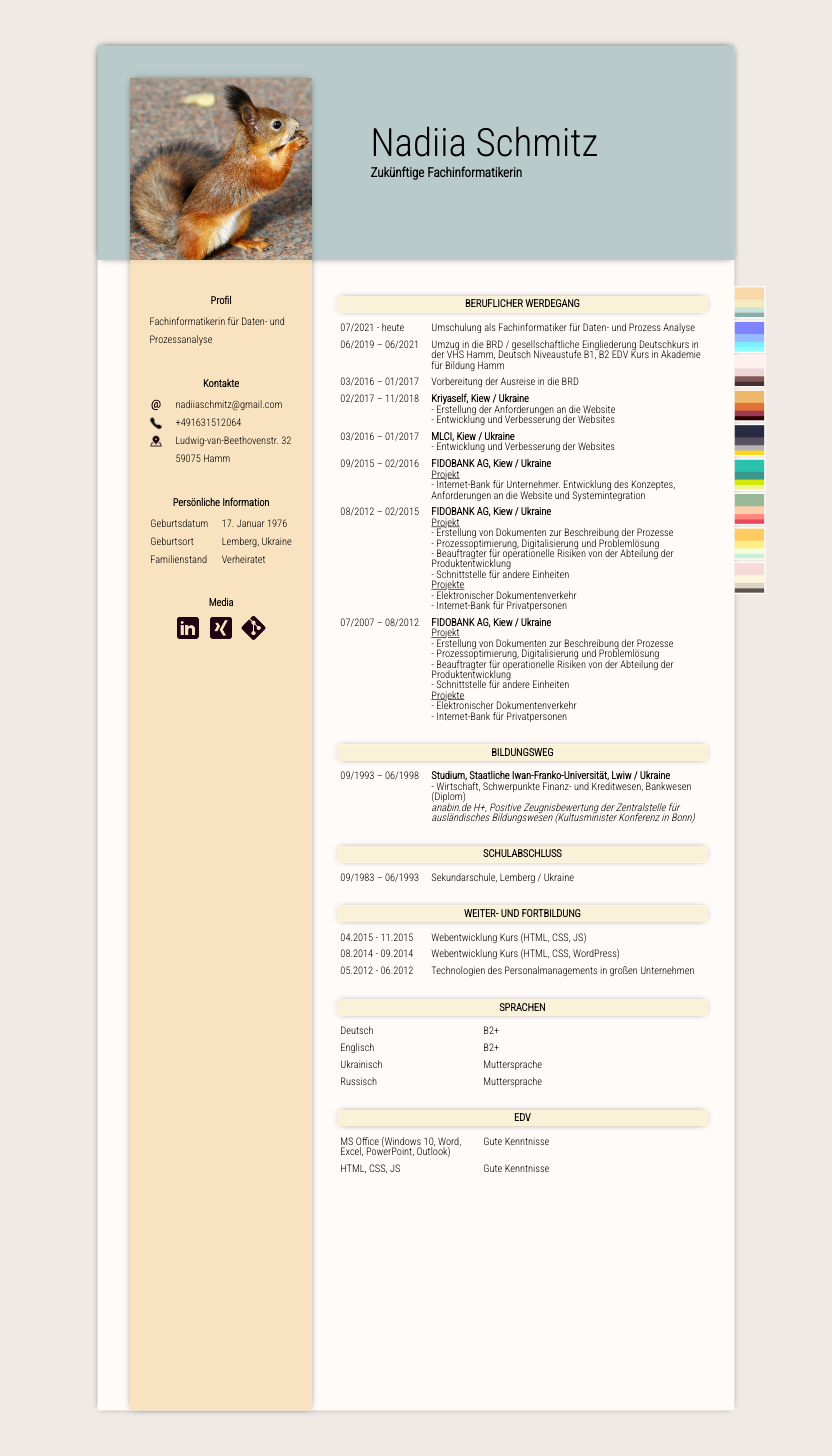
Repository: NadiaSchmitz/lebenslauf.nschmitz.githab.io
Page: index.html
The author's editor kept a record of every edit. The page is drawn from the files as they stood at one moment, then again after the next edit.
The browser window is 1280 px wide. The pictures show the whole page, at 65% of full size.

Above is the page before.

### index.html
<!DOCTYPE html>
<html>

<head>
  <meta charset="utf-8" />
  <title>Lebenslauf Nadiia Schmitz</title>
  <link rel="stylesheet" href="./styles/reset.css" type="text/css" />
  <link rel="stylesheet" href="./styles/style.css" type="text/css" />
  <link rel="stylesheet" href="./styles/icons.css" type="text/css" />
  <meta name="viewport" content="width=device-width, initial-scale=1.0">
  <link rel="preconnect" href="https://fonts.googleapis.com">
  <link rel="preconnect" href="https://fonts.gstatic.com" crossorigin>
  <link href="https://fonts.googleapis.com/css2?family=Roboto+Condensed:wght@300&display=swap" rel="stylesheet">
  <link rel="shortcut icon" href="images/favicon.png" type="image/x-icon">
  <script src="https://ajax.googleapis.com/ajax/libs/jquery/2.2.0/jquery.min.js"></script>
  <script type="text/javascript" src="./js/colors.js"></script>
</head>

<body>
  <section class="wrapper">
    <section class="inner_wrapper">
      <div class="content_wrapper">
        <header class="header">
          <div class="header_text">
            <h1>Nadiia Schmitz</h1>
            <h2>Zukünftige Fachinformatikerin</h2>
          </div>
        </header>
        <div class="color_schema_buttons_wrapper">
          <div id="pistachios" class="color_schema_button pistachios" title="pistachios"></div>
          <div id="sea" class="color_schema_button sea" title="sea"></div>
          <div id="cappuchino" class="color_schema_button cappuchino" title="cappuchino"></div>
          <div id="autumn" class="color_schema_button autumn" title="autumn"></div>
          <div id="bvb" class="color_schema_button bvb" title="bvb"></div>
          <div id="lime" class="color_schema_button lime" title="lime"></div>
          <div id="summer" class="color_schema_button summer" title="summer"></div>
          <div id="sun" class="color_schema_button sun" title="sun"></div>
          <div id="pastel" class="color_schema_button pastel" title="pastel"></div>
        </div>
        <div class="lebenslauf_wrapper">
          <div class="sidebar sidebar_left">
            <div class="sidebar_foto"></div>
            <div class="sidebar_content">
              <div class="sidebar_content_item profile">
                <h3>Profil</h3>
                <table>
                  <tr>
                    <td col="2">Fachinformatikerin für Daten- und Prozessanalyse</td>
                  </tr>
                </table>
              </div>
              <div class="sidebar_content_item contacts">
                <h3>Kontakte</h3>
                <table>
                  <tr>
                    <td>
                      <span class="sidebar_content_item_icon contacts_email"></span>
                    </td>
                    <td>nadiiaschmitz@gmail.com</td>
                  </tr>
                  <tr>
                    <td>
                      <span class="sidebar_content_item_icon contacts_phone"></span>
                    </td>
                    <td>+491631512064</td>
                  </tr>
                  <tr>
                    <td>
                      <span class="sidebar_content_item_icon contacts_adress"></span>
                    </td>
                    <td>Ludwig-van-Beethovenstr. 32 59075 Hamm</td>
                  </tr>
                </table>
              </div>
              <div class="sidebar_content_item personal">
                <h3>Persönliche Information</h3>
                <table>
                  <tr>
                    <td>Geburtsdatum</td>
                    <td>17. Januar 1976</td>
                  </tr>
                  <tr>
                    <td>Geburtsort</td>
                    <td>Lemberg, Ukraine</td>
                  </tr>
                  <tr>
                    <td>Familienstand</td>
                    <td>Verheiratet</td>
                  </tr>
                </table>
              </div>
              <div class="sidebar_content_item social">
                <h3>Media</h3>
                <table>
                  <tr>
                    <td><a href="https://www.linkedin.com/in/nadiia-schmitz-93491722" class="linkedin" target="_blank"></a></td>
                    <td><a href="https://www.xing.com/profile/Nadiia_Schmitz3" class="xing" target="_blank"></a></td>
                    <td><a href="https://github.com/NadiaSchmitz" class="git" target="_blank"></a></td>
                  </tr>
                </table>
              </div>
            </div>
          </div>
          <div class="sidebar sidebar_right">
            <div class="sidebar_right_content">
              <div class="sidebar_right_content_item">
                <h4>BERUFLICHER WERDEGANG</h4>
                <table>
                  <tr>
                    <td>07/2021 - heute</td>
                    <td>Umschulung als Fachinformatiker für Daten- und Prozess Analyse</td>
                  </tr>
                  <tr>
                    <td>06/2019 – 06/2021</td>
                    <td>Umzug in die BRD / gesellschaftliche Eingliederung Deutschkurs in der VHS Hamm, Deutsch Niveaustufe B1, B2 EDV Kurs in Akademie für Bildung Hamm
                    </td>
                  </tr>
                  <tr>
                    <td>03/2016 – 01/2017</td>
                    <td>Vorbereitung der Ausreise in die BRD</td>
                  </tr>
                  <tr>
                    <td>02/2017 – 11/2018</td>
                    <td>
                      <span class="employer">Kriyaself, Kiew / Ukraine</span>
                      <ul>
                        <li>- Erstellung der Anforderungen an die Website</li>
                        <li>- Entwicklung und Verbesserung der Websites</li>
                      </ul>
                    </td>
                  </tr>
                  <tr>
                    <td>03/2016 – 01/2017</td>
                    <td>
                      <span class="employer">MLCI, Kiew / Ukraine</span>
                      <ul>
                        <li>- Entwicklung und Verbesserung der Websites</li>
                      </ul>
                    </td>
                  </tr>
                  <tr>
                    <td>09/2015 – 02/2016</td>
                    <td>
                      <span class="employer">FIDOBANK AG, Kiew / Ukraine</span>
                      <ul>
                        <span class="project">Projekt</span>
                        <li>- Internet-Bank für Unternehmer. Entwicklung des Konzeptes, Anforderungen an die Website und Systemintegration</li>
                      </ul>
                    </td>
                  </tr>
                  <tr>
                    <td>08/2012 – 02/2015</td>
                    <td>
                      <span class="employer">FIDOBANK AG, Kiew / Ukraine</span>
                      <ul>
                        <span class="project">Projekt</span>
                        <li>-	Erstellung von Dokumenten zur Beschreibung der Prozesse</li>
                        <li>-	Prozessoptimierung, Digitalisierung und Problemlösung</li>
                        <li>-	Beauftragter für operationelle Risiken von der Abteilung der Produktentwicklung </li>
                        <li>-	Schnittstelle für andere Einheiten</li>
                        <span class="project">Projekte</span>
                        <li>-	Elektronischer Dokumentenverkehr</li>
                        <li>-	Internet-Bank für Privatpersonen</li>
                      </ul>
                    </td>
                  </tr>
                  <tr>
                    <td>07/2007 – 08/2012</td>
                    <td>
                      <span class="employer">FIDOBANK AG, Kiew / Ukraine</span>
                      <ul>
                        <span class="project">Projekt</span>
                        <li>-	Erstellung von Dokumenten zur Beschreibung der Prozesse</li>
                        <li>-	Prozessoptimierung, Digitalisierung und Problemlösung</li>
                        <li>-	Beauftragter für operationelle Risiken von der Abteilung der Produktentwicklung </li>
                        <li>-	Schnittstelle für andere Einheiten</li>
                        <span class="project">Projekte</span>
                        <li>-	Elektronischer Dokumentenverkehr</li>
                        <li>-	Internet-Bank für Privatpersonen</li>
                      </ul>
                    </td>
                  </tr>
                </table>
              </div>
              <div class="sidebar_right_content_item">
                <h4>BILDUNGSWEG</h4>
                <table>
                  <tr>
                    <td>09/1993 – 06/1998</td>
                    <td>
                      <span class="employer">Studium, Staatliche Iwan-Franko-Universität, Lwiw / Ukraine</span>
                      <ul>
                        <li>- Wirtschaft, Schwerpunkte Finanz- und Kreditwesen, Bankwesen (Diplom)</li>
                        <li class="addition">anabin.de H+, Positive Zeugnisbewertung der Zentralstelle für ausländisches Bildungswesen (Kultusminister Konferenz in Bonn)</li>
                      </ul>
                    </td>
                  </tr>
                </table>
              </div>
              <div class="sidebar_right_content_item">
                <h4>SCHULABSCHLUSS</h4>
                <table>
                  <tr>
                    <td>09/1983 – 06/1993</td>
                    <td>Sekundarschule, Lemberg / Ukraine</td>
                  </tr>
                </table>
              </div>
              <div class="sidebar_right_content_item">
                <h4>WEITER- UND FORTBILDUNG</h4>
                <table>
                  <tr>
                    <td>04.2015 - 11.2015</td>
                    <td>Webentwicklung Kurs (HTML, CSS, JS)</td>
                  </tr>
                  <tr>
                    <td>08.2014 - 09.2014</td>
                    <td>Webentwicklung Kurs (HTML, CSS, WordPress)</td>
                  </tr>
                  <tr>
                    <td>05.2012 - 06.2012</td>
                    <td>Technologien des Personalmanagements in großen Unternehmen</td>
                  </tr>
                </table>
              </div>
              <div class="sidebar_right_content_item lang">
                <h4>SPRACHEN</h4>
                <table>
                  <tr>
                    <td>Deutsch</td>
                    <td>B2+</td>
                  </tr>
                  <tr>
                    <td>Englisch</td>
                    <td>B2+</td>
                  </tr>
                  <tr>
                    <td>Ukrainisch</td>
                    <td>Muttersprache</td>
                  </tr>
                  <tr>
                    <td>Russisch</td>
                    <td>Muttersprache</td>
                  </tr>
                </table>
              </div>
              <div class="sidebar_right_content_item edv">
                <h4>EDV</h4>
                <table>
                  <tr>
                    <td>MS Office (Windows 10, Word, Excel, PowerPoint, Outlook)</td>
                    <td>Gute Kenntnisse</td>
                  </tr>
                  <tr>
                    <td>HTML, CSS, JS</td>
                    <td>Gute Kenntnisse</td>
                  </tr>
                </table>
              </div>
            </div>
          </div>
        </div>
      </div>
    </section>
  </section>
</body>

</html>

### styles/reset.css
html, body, div, span, applet, object, iframe,
h1, h2, h3, h4, h5, h6, p, blockquote, pre,
a, abbr, acronym, address, big, cite, code,
del, dfn, em, img, ins, kbd, q, s, samp,
small, strike, strong, sub, sup, tt, var,
b, u, i, center,
dl, dt, dd, ol, ul, li,
fieldset, form, label, legend,
table, caption, tbody, tfoot, thead, tr, th, td,
article, aside, canvas, details, embed,
figure, figcaption, footer, header, hgroup,
menu, nav, output, ruby, section, summary,
time, mark, audio, video {
	margin: 0;
	padding: 0;
	box-sizing: border-box;
	border: 0;
	font-size: 100%;
	font: inherit;
	vertical-align: baseline;
}
/* HTML5 display-role reset for older browsers */
article, aside, details, figcaption, figure,
footer, header, hgroup, menu, nav, section {
	display: block;
}
body {
	line-height: 1;
}
ol, ul {
	list-style: none;
}
blockquote, q {
	quotes: none;
}
blockquote:before, blockquote:after,
q:before, q:after {
	content: '';
	content: none;
}
table {
	border-collapse: collapse;
	border-spacing: 0;
}

### styles/style.css
html {
  font-family: 'Roboto Condensed', sans-serif;
  background-color: #efeae5;
}

.wrapper {}

.inner_wrapper {
  width: 980px;
  margin: 70px auto;
}

@media only screen and (max-width: 1080px) {
  .inner_wrapper {
    width: 900px;
    margin: 30px auto;
  }
}

@media only screen and (max-width: 900px) {
  .inner_wrapper {
    width: 100%;
    margin: 0;
  }
}

.content_wrapper {
  position: relative;
  background-color: #fffbf8;
  -webkit-box-shadow: 0px 0px 12px -5px rgba(0, 0, 0, 0.75);
  -moz-box-shadow: 0px 0px 12px -5px rgba(0, 0, 0, 0.75);
  box-shadow: 0px 0px 12px -5px rgba(0, 0, 0, 0.75);
}

.header {
  height: 330px;
  background-color: rgb(135 170 170 / 59%);
  -webkit-box-shadow: 0px 0px 12px -5px rgba(0, 0, 0, 0.75);
  -moz-box-shadow: 0px 0px 12px -5px rgba(0, 0, 0, 0.75);
  box-shadow: 0px 0px 12px -5px rgba(0, 0, 0, 0.75);
}

@media only screen and (max-width: 1080px) {
  .header {
    height: 280px;
  }
}

@media only screen and (max-width: 900px) {
  .header {
    height: 580px;
    padding: 60px 0 0 0;
  }
}

@media only screen and (max-width: 480px) {
  .header {
    padding: 70px 0 0 0;
  }
}

.header_text {
  margin: 0 0 0 420px;
  padding: 120px 0 0 0;
}

@media only screen and (max-width: 1080px) {
  .header_text {
    margin: 0 0 0 380px;
    padding: 100px 0 0 0;
  }
}

@media only screen and (max-width: 900px) {
  .header_text {
    text-align: center;
    margin: 0;
    padding: 0;
  }
}

h1 {
  color: #000000;
  font-size: 60px;
  margin: 0 0 5px 0;
}

@media only screen and (max-width: 900px) {
  h1 {
    font-size: 50px;
  }
}

@media only screen and (max-width: 480px) {
  h1 {
    font-size: 36px;
    font-weight: 700;
  }
}

h2 {
  color: #000000;
  font-size: 20px;
  font-weight: 600;
}

@media only screen and (max-width: 480px) {
  h2 {
    font-size: 16px;
  }
}

.sidebar {
  display: inline-block;
  vertical-align: top;
}

@media only screen and (max-width: 900px) {
  .lebenslauf_wrapper {
    padding: 0 30px 30px 30px;
  }
}

@media only screen and (max-width: 480px) {
  .lebenslauf_wrapper {
    padding: 0 15px 15px 15px;
  }
}

@media only screen and (max-width: 360px) {
  .lebenslauf_wrapper {
    padding: 0 10px 10px 10px;
  }
}

.sidebar_left {
  width: 280px;
  height: 2050px;
  background-color: rgb(246 215 167 / 68%);
  -webkit-box-shadow: 0px 0px 12px -5px rgba(0, 0, 0, 0.75);
  -moz-box-shadow: 0px 0px 12px -5px rgba(0, 0, 0, 0.75);
  box-shadow: 0px 0px 12px -5px rgba(0, 0, 0, 0.75);
  margin: -280px 0 0 50px;
}

@media only screen and (max-width: 1080px) {
  .sidebar_left {
    width: 250px;
    margin: -250px 0 0 30px;
  }
}

@media only screen and (max-width: 900px) {
  .sidebar_left {
    width: 100%;
    height: auto;
    margin: -380px 0 0 0;
  }
}

.sidebar_foto {
  width: 280px;
  height: 280px;
  background-image: url(../images/foto.jpg);
  background-position: 50%;
  background-size: cover;
}

@media only screen and (max-width: 1080px) {
  .sidebar_foto {
    width: 250px;
    height: 250px;
  }
}

@media only screen and (max-width: 900px) {
  .sidebar_foto {
    width: 350px;
    height: 350px;
    margin: 30px auto 0;
  }
}

@media only screen and (max-width: 480px) {
  .sidebar_foto {
    width: 320px;
    height: 320px;
  }
}

@media only screen and (max-width: 360px) {
  .sidebar_foto {
    width: 100%;
  }
}

.sidebar_content {
  padding: 55px 30px 30px 30px;
}

@media only screen and (max-width: 1080px) {
  .sidebar_content {
    padding: 45px 20px 20px 20px;
  }
}

@media only screen and (max-width: 900px) {
  .sidebar_content {
    padding: 50px 20px 20px 20px;
  }
}

@media only screen and (max-width: 480px) {
  .sidebar_content {
    padding: 80px 20px 20px 20px;
  }
}

.sidebar_content_item {
  margin: 0 0 30px 0;
  padding: 0 0 15px 0;
}

.sidebar_content_item:last-of-type {
  border-bottom: 1px solid transparent;
  margin: 0;
}

h3 {
  color: #000000;
  font-size: 16px;
  font-weight: 600;
  text-align: center;
  margin: 0 0 10px 0;
}

.sidebar_content_item table {
  margin: 0 auto;
}

.sidebar_content_item table td {
  height: 28px;
  font-size: 16px;
  line-height: 28px;
}

@media only screen and (max-width: 360px) {
  .sidebar_content_item table td {
    font-size: 14px;
  }
}

.profile table td {
  width: 100%;
}

.contacts table td:nth-of-type(1) {
  width: 40px;
}

.personal table td:nth-of-type(1) {
  width: 110px;
}

.social table {
  margin: 0 auto;
}

.social table td {
  width: 33%;
  padding: 0 5px 0 5px;
}

.social table td a {
  display: inline-block;
  width: 40px;
  height: 40px;
  background-size: contain;
  background-position: 50%;
  cursor: pointer;
}

.sidebar_content_item_icon {
  display: inline-block;
  vertical-align: middle;
  width: 20px;
  height: 20px;
  background-size: contain;
  background-position: 50%;
}

.sidebar_right {
  width: calc(100% - 280px - 60px);
  padding: 55px 35px 35px 35px;
}

@media only screen and (max-width: 1080px) {
  .sidebar_right {
    width: calc(100% - 250px - 35px);
    padding: 40px 75px 20px 20px;
  }
}

@media only screen and (max-width: 900px) {
  .sidebar_right {
    width: 100%;
    padding: 40px 20px 50px 20px;
  }
}

@media only screen and (max-width: 480px) {
  .sidebar_right {
    width: 100%;
    padding: 60px 0 50px 0;
  }
}

.sidebar_right_content_item {
  margin: 0 0 30px 0;
}

.sidebar_right_content_item h4 {
  color: #000000;
  font-size: 16px;
  font-weight: 600;
  text-align: center;
  background-color: rgb(246 234 190 / 54%);
  -webkit-box-shadow: 0px 0px 12px -5px rgba(0, 0, 0, 0.75);
  -moz-box-shadow: 0px 0px 12px -5px rgba(0, 0, 0, 0.75);
  box-shadow: 0px 0px 12px -5px rgba(0, 0, 0, 0.75);
  margin: 0 0 10px 0;
  padding: 5px;
}

.sidebar_right_content_item table tr td {
  font-size: 16px;
  padding: 5px;
}

.sidebar_right_content_item .employer {
  font-weight: 700;
}

.sidebar_right_content_item .project {
  text-decoration: underline;
}

.sidebar_right_content_item .addition {
  font-style: italic;
}

@media only screen and (max-width: 360px) {
  .sidebar_right_content_item table tr td {
    font-size: 14px;
  }
}

.sidebar_right_content_item table tr td:nth-of-type(1) {
  width: 140px;
}

@media only screen and (max-width: 360px) {
  .sidebar_right_content_item table tr td:nth-of-type(1) {
    width: 120px;
  }
}

.edv {
  width: 100%;
}

.lang table tr td:nth-of-type(1),
.edv table tr td:nth-of-type(1) {
  width: 220px;
}

@media only screen and (max-width: 360px) {
  .lang table tr td:nth-of-type(1),
  .edv table tr td:nth-of-type(1) {
    width: 170px;
  }
}

.color_schema_buttons_wrapper {
  position: absolute;
  right: -48px;
  top: 370px;
}

@media only screen and (max-width: 1080px) {
  .color_schema_buttons_wrapper {
    right: 0;
    top: 282px;
  }
}

@media only screen and (max-width: 900px) {
  .color_schema_buttons_wrapper {
    right: 0;
    top: 600px;
  }
}

@media only screen and (max-width: 360px) {
  .color_schema_buttons_wrapper {
    display: none;
  }
}

.color_schema_button {
  width: 50px;
  height: 50px;
  background-position: 50%;
  background-size: contain;
  border: 2px solid #fffbf8;
  margin: 0 0 3px 0;
}

@media only screen and (max-width: 1080px) {
  .color_schema_button {
    width: 40px;
    height: 40px;
  }
}

.pistachios {
  background-image: url(../images/pistachios.png);
}

.sea {
  background-image: url(../images/sea.png);
}

.cappuchino {
  background-image: url(../images/cappuchino.png);
}

.autumn {
  background-image: url(../images/autumn.png);
}

.bvb {
  background-image: url(../images/bvb.png);
}

.lime {
  background-image: url(../images/lime.png);
}

.summer {
  background-image: url(../images/summer.png);
}

.sun {
  background-image: url(../images/sun.png);
}

.pastel {
  background-image: url(../images/pastel.png);
}

### js/colors.js
var colorSchemeArray = [];
colorSchemeArray = [{
    schemeName: "standart",
    colorHeader: "rgb(135 170 170 / 59%)",
    colorSidebarLeft: "rgb(246 215 167 / 68%)",
    colorTopic: "rgb(246 234 190 / 54%)"
  },

  {
    schemeName: "sea",
    colorHeader: "rgb(124 131 253 / 58%)",
    colorSidebarLeft: "rgba(125, 237, 255, 0.53)",
    colorTopic: "rgb(150 186 255 / 52%)"
  },

  {
    schemeName: "cappuchino",
    colorHeader: "rgba(131, 88, 88, 0.7)",
    colorSidebarLeft: "#EBD4D4",
    colorTopic: "#FFF0F0"
  },

  {
    schemeName: "autumn",
    colorHeader: "rgb(156 61 84 / 76%)",
    colorSidebarLeft: "rgb(226 112 58 / 62%)",
    colorTopic: "rgb(238 183 107 / 75%)"
  },

  {
    schemeName: "bvb",
    colorHeader: "#595260",
    colorSidebarLeft: "#FFD523",
    colorTopic: "#B2B1B9",
  },

  {
    schemeName: "lime",
    colorHeader: "rgb(46 193 172 / 51%)",
    colorSidebarLeft: "rgb(210 230 3 / 49%)",
    colorTopic: "rgb(239 244 142 / 53%)",
  },

  {
    schemeName: "summer",
    colorHeader: "rgb(255 132 124 / 85%)",
    colorSidebarLeft: "rgb(153 184 152 / 65%)",
    colorTopic: "#FECEAB",
  },

  {
    schemeName: "sun",
    colorHeader: "#FFEC85",
    colorSidebarLeft: "#C9F0D6",
    colorTopic: "#F2FFDF",
  },

  {
    schemeName: "pastel",
    colorHeader: "#F7DAD9",
    colorSidebarLeft: "#FFF5DA",
    colorTopic: "#D6D2C4",
  }
]

// console.log(colorSchemeArray.length)

$(document).ready(function() {
  $(".color_schema_button").click(function() {
    var buttonId = $(this).attr('id');
    console.log(buttonId);
    for (var i = 0; i < colorSchemeArray.length; i++) {
      console.log(colorSchemeArray[i].schemeName)
      if (buttonId == colorSchemeArray[i].schemeName) {
        var styleId = i;
        $('.header').css('backgroundColor', colorSchemeArray[styleId].colorHeader);
        $('.sidebar_left').css('backgroundColor', colorSchemeArray[styleId].colorSidebarLeft);
        $('h4').css('backgroundColor', colorSchemeArray[styleId].colorTopic);
      }
    }
  });
})

Loaded but not shown: styles/icons.css (library)

After the next edit:
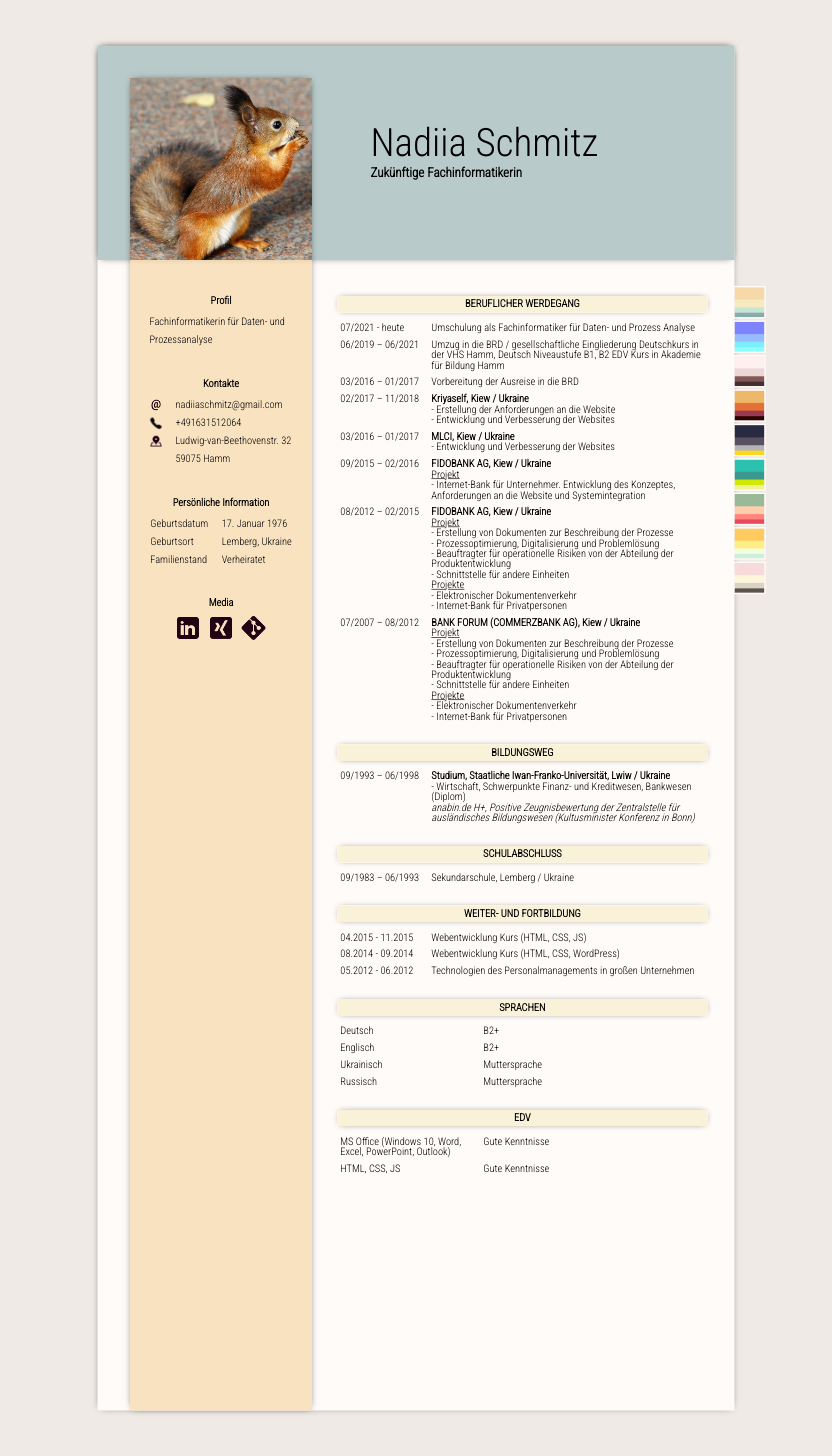
The edit:
--- a/index.html
+++ b/index.html
@@ -167,7 +167,7 @@
                   <tr>
                     <td>07/2007 – 08/2012</td>
                     <td>
-                      <span class="employer">FIDOBANK AG, Kiew / Ukraine</span>
+                      <span class="employer">BANK FORUM (COMMERZBANK AG), Kiew / Ukraine</span>
                       <ul>
                         <span class="project">Projekt</span>
                         <li>-	Erstellung von Dokumenten zur Beschreibung der Prozesse</li>
